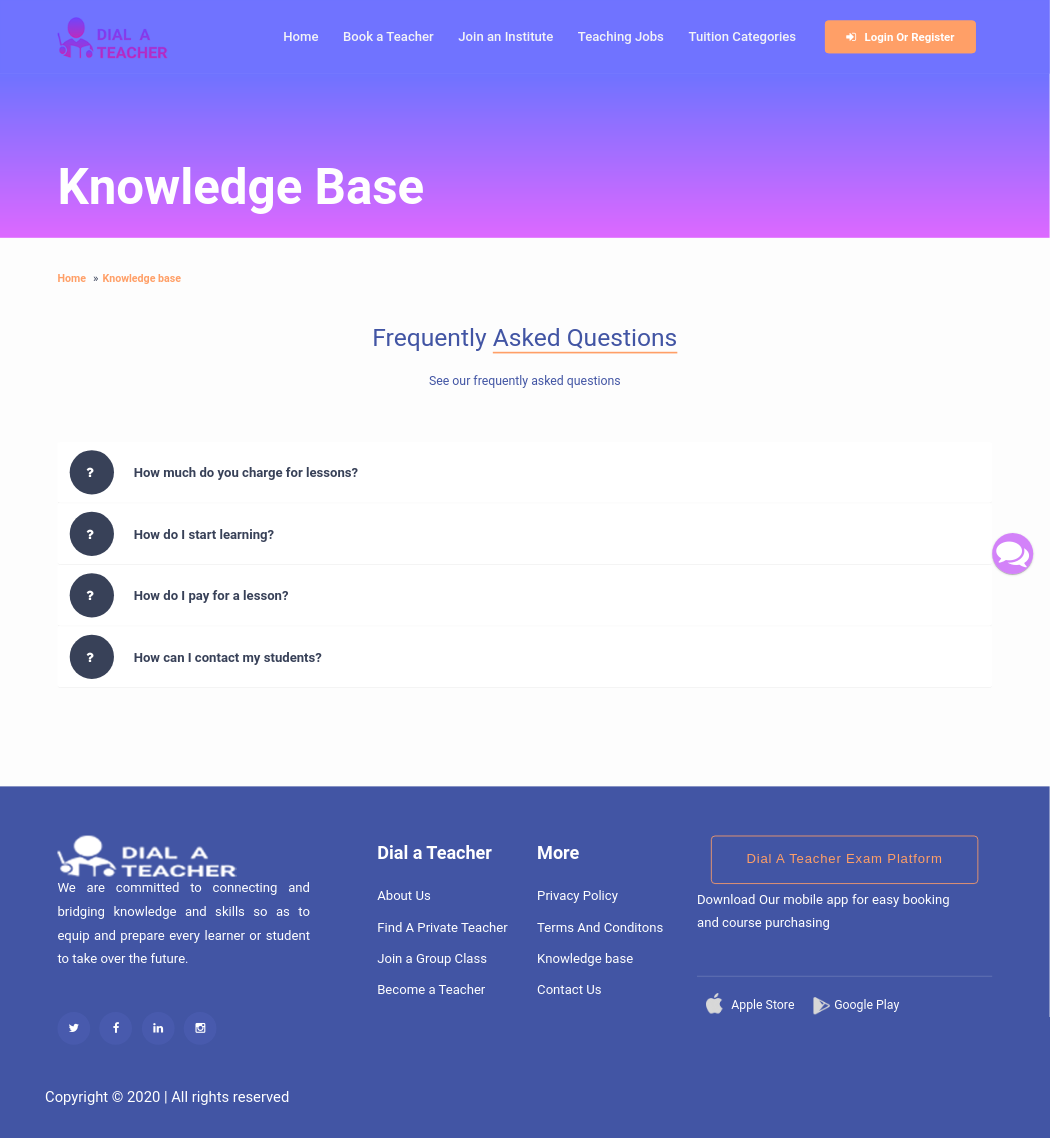
Repository: Samkiroko/DAT_knowledge
Page: knowledge_base/faqMain.html
An editor plug-in stored every save of this project. The page is shown before and after the next save, followed by the edit.
The browser window is 1280 px wide. The pictures show the whole page, at 82% of full size.

Above is the page before, as saved 2020-12-16 16:01:44.
Console error: TypeError: e.indexOf is not a function

After the next save:
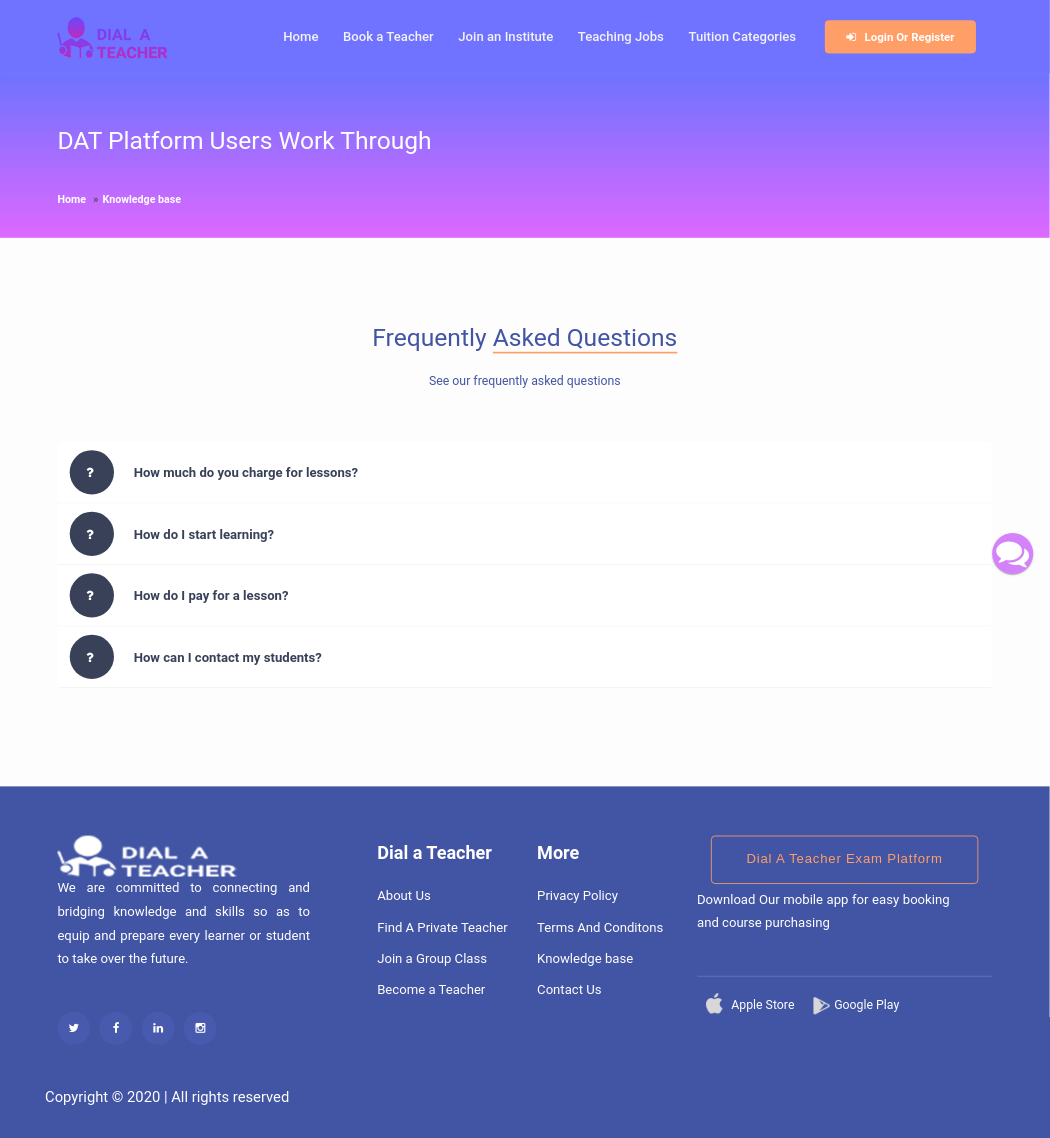
Saved 37 s later.
--- a/knowledge_base/faqMain.html
+++ b/knowledge_base/faqMain.html
@@ -82,6 +82,7 @@
       </div>
     </nav>
     <!-- Ends Navigation -->
+
     <!-- slider Area Start-->
     <section class="slider-area slider-area2">
       <div class="slider-active">
@@ -91,16 +92,19 @@
             <div class="row">
               <div class="col-xl-8 col-lg-11 col-md-12">
                 <div class="hero__caption hero__caption2">
-                  <h1 data-animation="bounceIn" data-delay="0.2s">
-                    Knowledge Base
-                  </h1>
+                  <h2 data-animation="bounceIn" data-delay="0.2s" class="text-white">
+                    DAT Platform Users Work Through
+                  </h2>
                   <!-- breadcrumb Start-->
                   <nav aria-label="breadcrumb">
                     <ol class="breadcrumb">
-                      <li class="breadcrumb-item">
-                        <a href="index.html">Home</a>
+                      <li class="breadcrumb-item text-white">
+                        <a href="index.html" class="text-white">
+                          Home
+                        </a>
                       </li>
-                      <li class="breadcrumb-item"><a href="faqs.html">Knowledge base</a></li>
+                      <li class="breadcrumb-item"><a href="faqs.html" class="text-white">Knowledge
+                          base</a></li>
                     </ol>
                   </nav>
                   <!-- breadcrumb End -->
